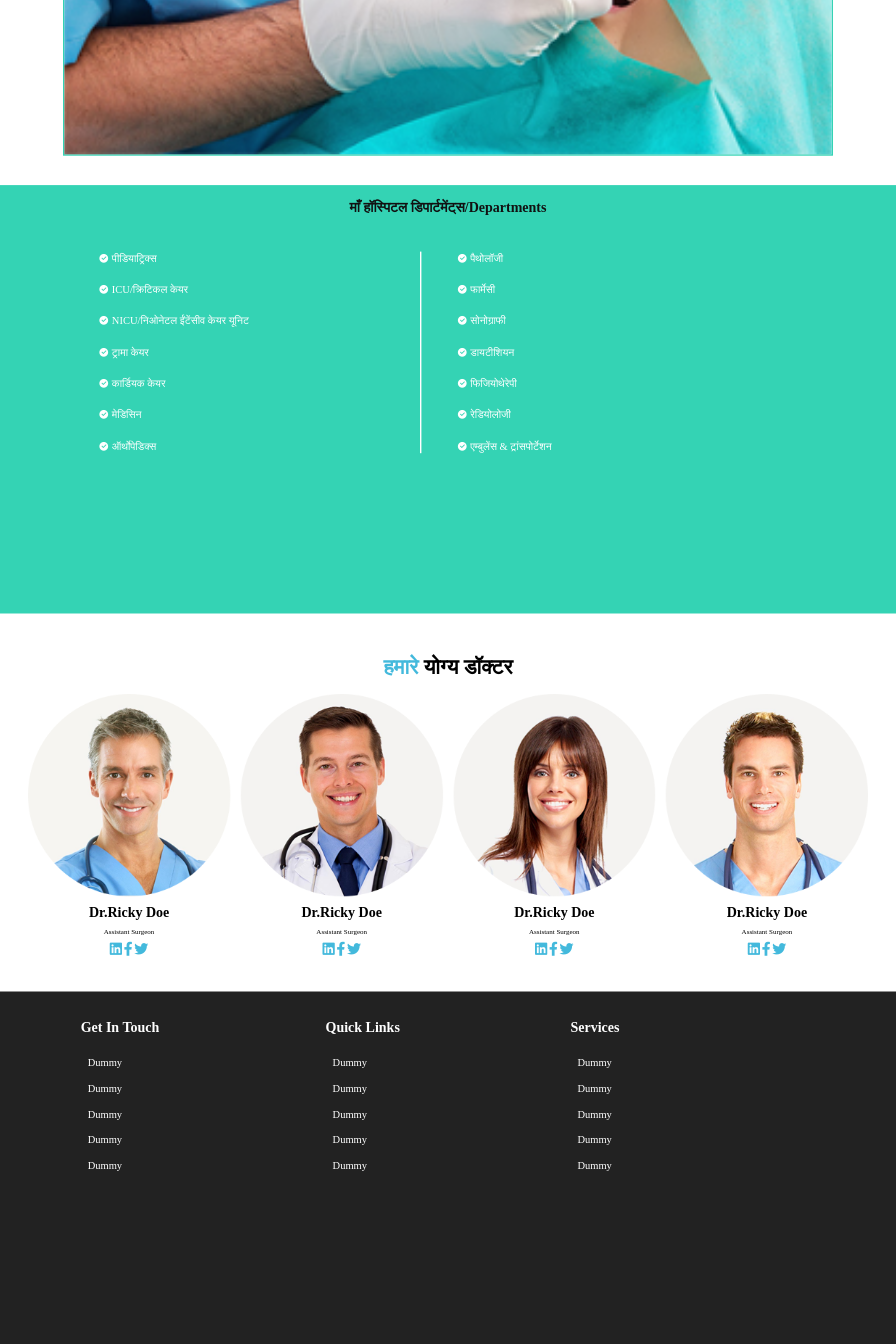
Repository: Aayush919/test
Page: index.html
The author's editor kept a copy of each file at every save. The page is drawn from the files as they stood at one save, then again after the next save.
The browser window is 1280 px wide. The pictures show the part of the page from y = 2119 to 4039 px (the page is 4039 px tall before and 4009 px after), at 70% of full size.

Above is the page before, as saved 2023-10-15 09:01:41.

After the next save:
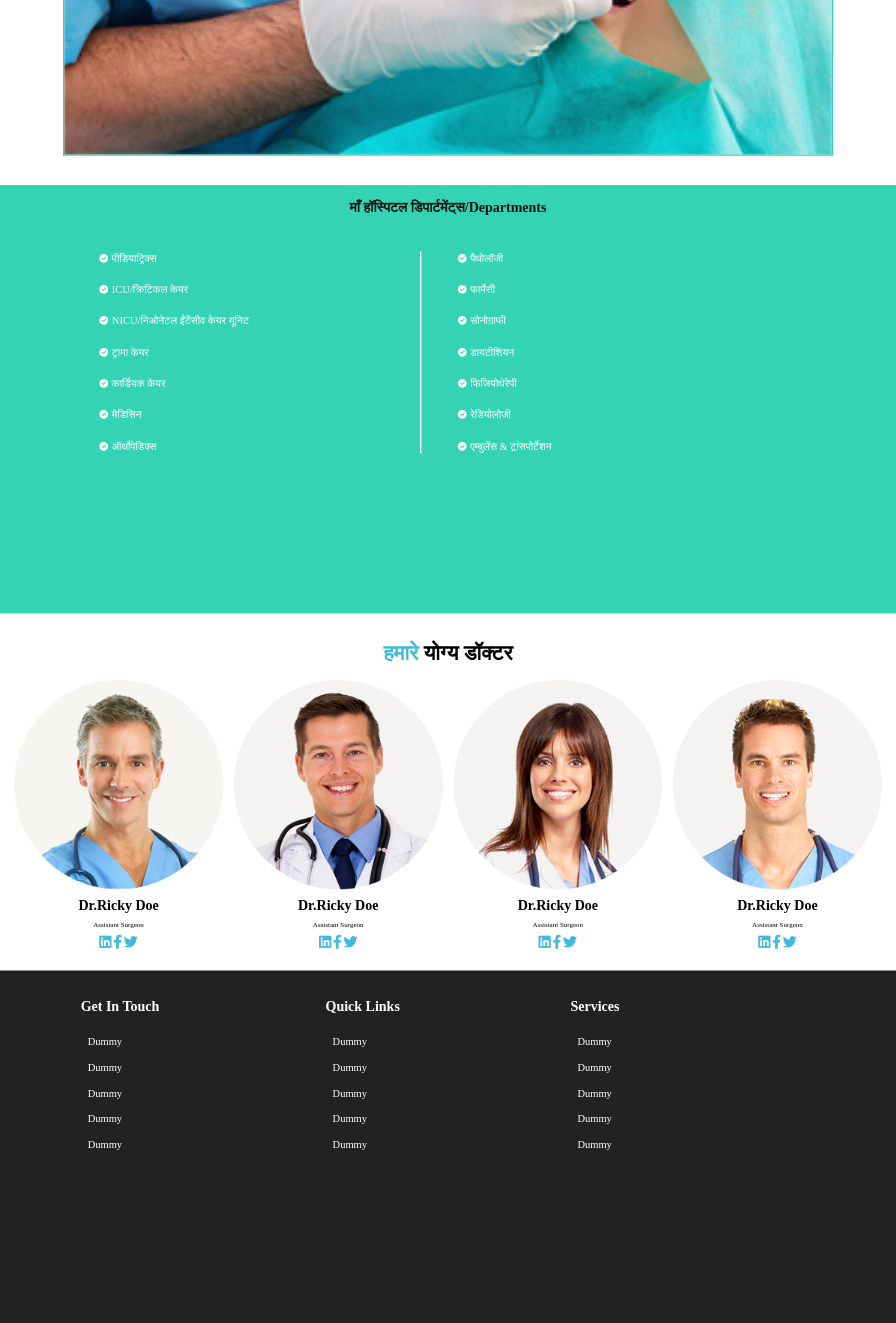
Saved 5 s later.
--- a/style.css
+++ b/style.css
@@ -215,7 +215,7 @@ header .navbar.active{
     width: 100%;
 } */
 .ourteam-section{
-    padding: 4rem;
+    padding: 2rem;
 }
 .ourteam-section h2{
     padding: 2rem;
